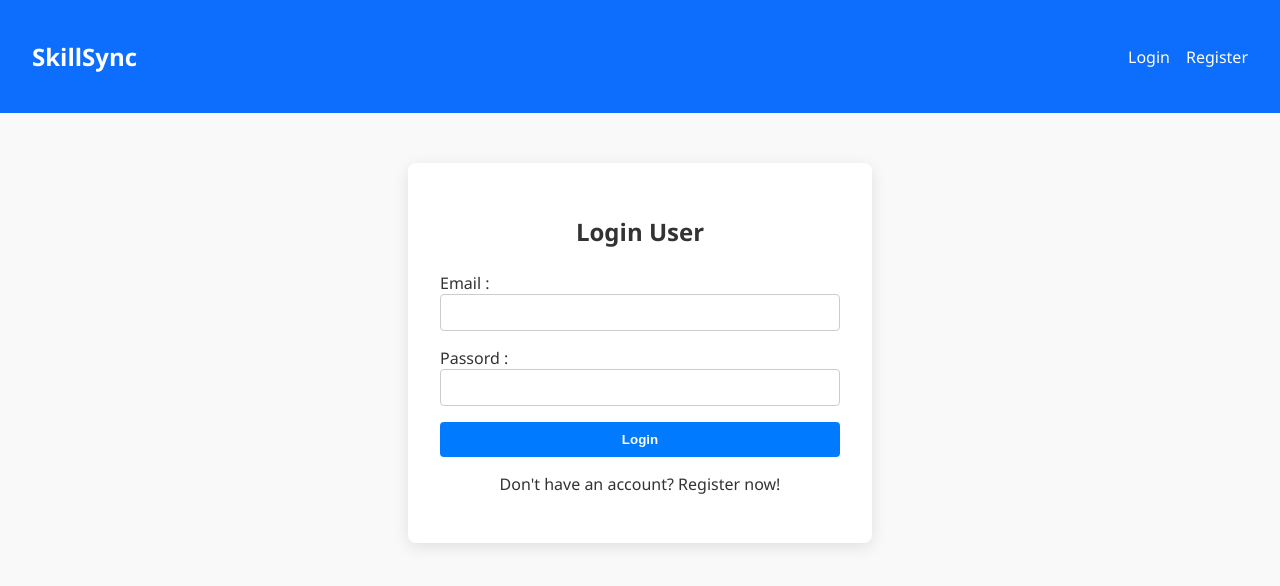
Repository: bharathabhi46/SkillSync-FrontEnd
Page: /UserList
These files come from the project's save history. The page is drawn as it stood at one moment and after the next save; the edit follows.
The browser window is 1280 px wide. The pictures show the whole page.
The project was rebuilt for these pictures with package versions that can differ from the ones it lists, and the page was loaded fresh each time. Also part of the build but not shown: vite.config.js, src/Components/CreateUser/CreateUser.css, src/Components/CreateUser/CreateUser.jsx, src/Components/UserList/UserList.css, src/Components/UserList/UserList.jsx, src/Components/EditUser/EditUser.css, src/Components/EditUser/EditUser.jsx, src/Components/RegisterUser/RegisterUser.css and 3 more.

Above is the page before, as saved 2025-06-28 14:19:27.

After the next save:
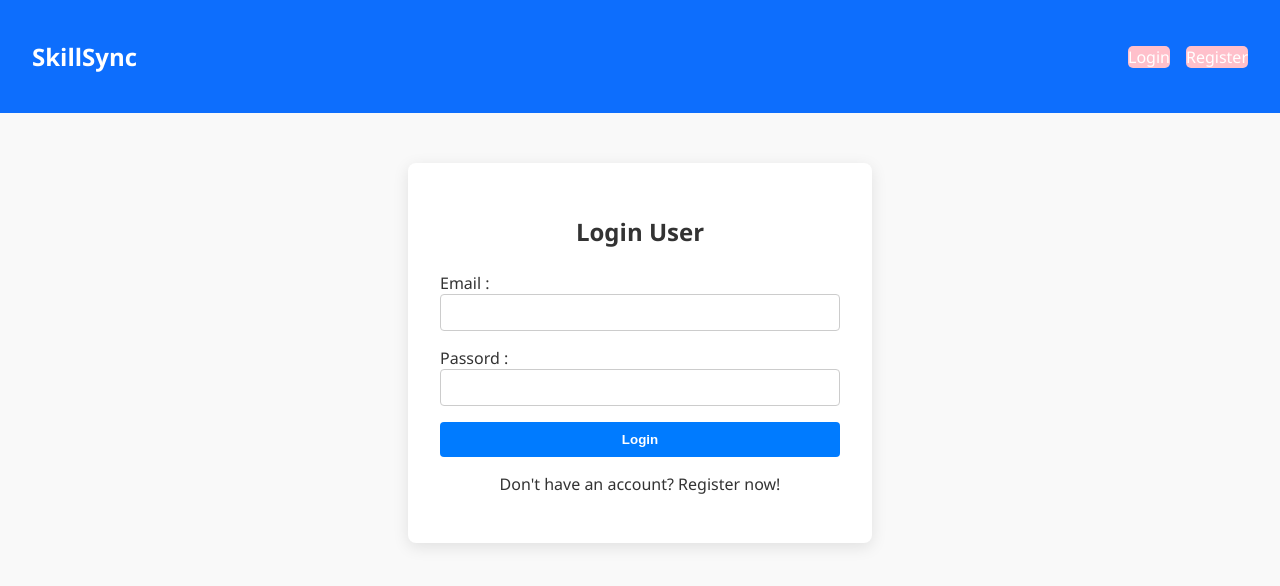
Saved 8 s later.
--- a/src/Components/NavBar/Navbar.css
+++ b/src/Components/NavBar/Navbar.css
@@ -19,7 +19,7 @@
   text-decoration: none;
   font-weight: 500;
   border-color: rgb(97, 97, 97);
-  background-color: transparent;
+  background-color: pink;
   border: 3px;
   border-radius: 5px;
   cursor: pointer;
